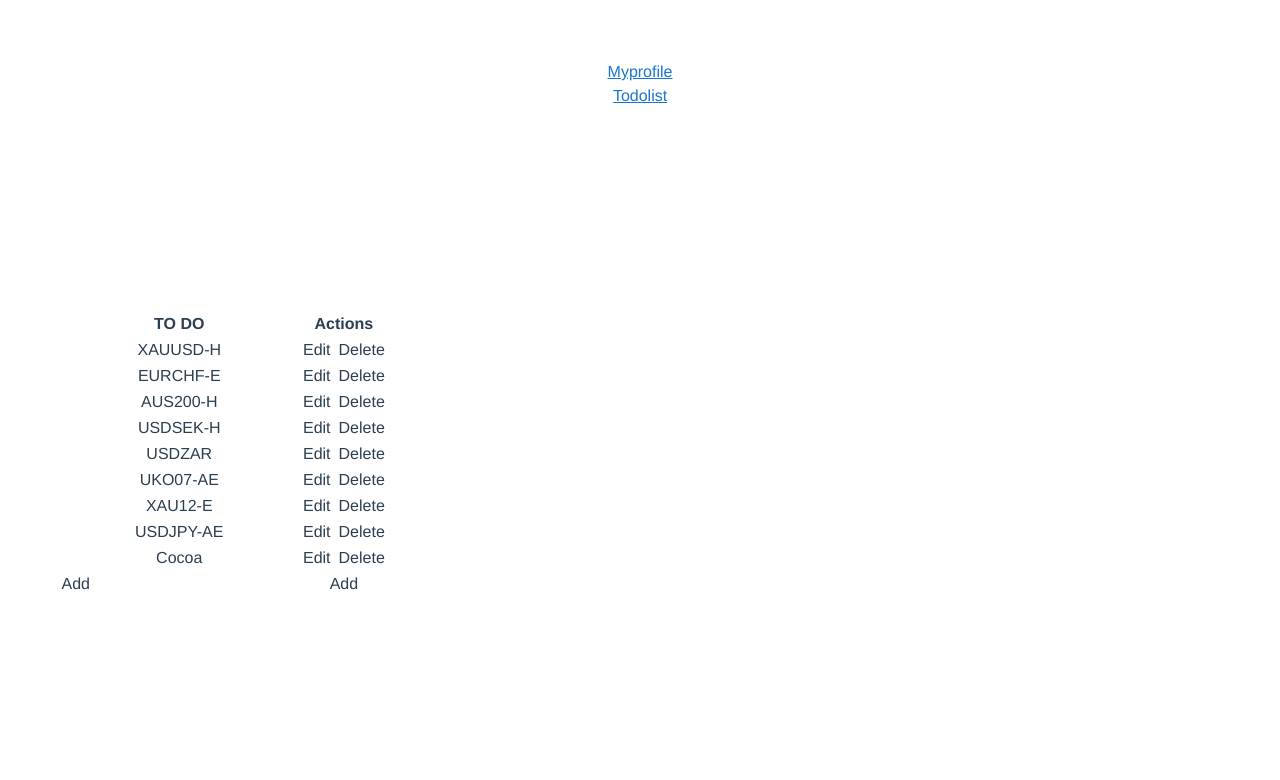
Repository: Shanshan67/todolist
Page: /#/todolist
These files come from the project's save history. The page is drawn as it stood at one moment and after the next save; the edit follows.
The browser window is 1280 px wide. The pictures show the whole page.
The project was rebuilt for these pictures with package versions that can differ from the ones it lists, and the page was loaded fresh each time. Requests to the local data server were answered from the project's data file. Also part of the build but not shown: src/pages/Dashboard.vue, src/components/Search.vue, src/components/List.vue, src/pages/Myprofile.vue.

Above is the page before, as saved 2022-07-20 18:54:00.

### index.html
<!DOCTYPE html>
<html>
  <head>
    <meta charset="utf-8">
    <meta name="viewport" content="width=device-width,initial-scale=1.0">
    <link href="https://fonts.googleapis.com/css?family=Roboto:100,300,400,500,700,900" rel="stylesheet">
    <link href="https://cdn.jsdelivr.net/npm/@mdi/font@6.x/css/materialdesignicons.min.css" rel="stylesheet">
    <title>baoge</title>
  </head>
  <body>
    <div id="app"></div>
    <!-- built files will be auto injected -->
  </body>
</html>

### src/main.js
// The Vue build version to load with the `import` command
// (runtime-only or standalone) has been set in webpack.base.conf with an alias.
import Vue from 'vue'
import App from './App'
import router from './router'
import store from './store'
import './plugins/vuetify'
import vuetify from '@/plugins/vuetify'

Vue.config.productionTip = false

/* eslint-disable no-new */
new Vue({
  el: '#app',
  router,
  store,
  vuetify,
  components: { App },
  template: '<App/>'
})

### src/App.vue
<template>
  <v-app>
    <div>
      <HelloWorld/>
    </div>
    <v-content>
      <router-link to="/profile">Myprofile</router-link>
      <v-spacer></v-spacer>
      <router-link to="/todolist">Todolist</router-link>
    </v-content>
    <v-content>
      <router-view/>
    </v-content>
  </v-app>
</template>

<script>
import Dashboard from './pages/Dashboard.vue';
export default {
    name: "App",
    components: { Dashboard }
}
</script>

<style>
#app {
  font-family: 'Avenir', Helvetica, Arial, sans-serif;
  -webkit-font-smoothing: antialiased;
  -moz-osx-font-smoothing: grayscale;
  text-align: center;
  color: #2c3e50;
  margin-top: 60px;
}
</style>

### src/router/index.js
import Vue from 'vue'
import Router from 'vue-router'
import Dashboard from '@/pages/Dashboard'
import Myprofile from '../pages/Myprofile'
import Todolist from '../pages/Todolist'

Vue.use(Router)

export default new Router({
  routes: [
    {
      path: '/',
      name: 'Dashboard',
      component: Dashboard
    },
    {
			path:'/profile',
			component:Myprofile
		},
		{
			path:'/todolist',
			component:Todolist
		}
  ]
})

### src/store/index.js
import Vue from 'vue'
import Vuex from 'vuex'
import Axios from "axios"

Vue.use(Vuex)

const todoUrl = "http://localhost:3000/todos";

const actions = {
	searchName(context,value){
		Axios.get(`${todoUrl}/${value}`).then(response => {
            context.commit('searchName', response.data);
			console.log(response.data)
        });
	}
}


const mutations = {
	searchName(state,data){
		state.users = data
	}
}

const state = {
	users:[]
}

export default new Vuex.Store({
	state,
	actions,
	mutations
})

### src/plugins/vuetify.js
// src/plugins/vuetify.js

import Vue from 'vue'
import Vuetify from 'vuetify'
import 'vuetify/dist/vuetify.min.css'

Vue.use(Vuetify, {
    iconfont: 'md',
    theme:{
        primary: '#962ff',
        success: '#3cd1c2',
        info: '#ffaa2c',
        error: '#f83e70',
    }
})

const opts = {}

export default new Vuetify(opts)

### src/pages/Todolist.vue
<template>
	<div class="container">
		<div class="row">
			<div class="col-12">
				<table class="table table-bordered mt-5">
					<thead>
						<tr>
							<th>TO DO</th>
							<th>Actions</th>
						</tr>
					</thead>
					<tbody>
						<tr v-for="(item, i) in todoList" :key="i">
							<td class="align-middle w-75">
								{{item.name}}
							</td>
							<td class="align-middle text-center w-75">
								<button
									class="btn btn-info btn-sm mx-1"
									@click="handleEdit(item.id)"
								>
									Edit
								</button>
								<button
									class="btn btn-danger btn-sm mx-1"
									@click="handleDelete(item.id)"
								>
									Delete
								</button>
							</td>
						</tr>
					</tbody>
					<tfoot>
						<td class="align-middle text-center w-75">
							<div class="form-group">
								<label for="">{{
									editMode ? "Edit" : "Add"
								}}</label>
								<input
									type="text"
									class="form-control"
									v-model="todoItem.name"
								/>
							</div>
						</td>
						<td class="align-middle text-center w-25">
							<button
								class="btn btn-primary btn-sm mx-1"
								@click="handleToDoItem"
							>
								{{ editMode ? "Edit" : "Add" }}
							</button>
							<button
								v-if="editMode"
								class="btn btn-danger btn-sm mx-1"
								@click="handleCancel"
							>
								Cancel
							</button>
						</td>
					</tfoot>
				</table>
			</div>
		</div>
	</div>
</template>

<script>
	import Axios from "axios";
	const todoUrl = "http://localhost:3000/todos";
	export default {
		name:'Todolist',
		data() {
			return {
				todoList:[],
				todoItem:{},
				editMode:false
			}
		},
		methods: {
			handleEdit(id){
				this.editMode=true;
				this.todoItem=this.todoList.find((item) => item.id == id);
			},
			handleCancel() {
				this.editMode=false;
				this.todoItem="";
			},
			async handleToDoItem(){
				const id=this.todoItem.id;
				if(this.editMode){
					await Axios.put(`${todoUrl}/${id}`, this.todoItem);
					this.editMode=false;
					this.todoItem.name="";
				}else{
					await Axios.post(todoUrl, this.todoItem);
					this.todoItem.name = "";
				}
				Axios.get(todoUrl).then((response) => (this.todoList = response.data));
			},
			async handleDelete(id) {
				await Axios.delete(`${todoUrl}/${id}`);
				Axios.get(todoUrl).then((response) => (this.todoList = response.data));
			}
		},
		created() {
			Axios.get(todoUrl).then((response) => (this.todoList = response.data));
		}
	}
</script>

### db.json
{
  "todos": [
    {
      "id": 2,
      "server_id": 3,
      "name": "XAUUSD-H",
      "description": "Gold vs USD",
      "currency": "USD",
      "type": 4,
      "digits": 2,
      "trade": 0,
      "swap_long": -1.83625,
      "swap_short": 1.82325,
      "contract_size": 100
    },
    {
      "id": 3,
      "server_id": 3,
      "name": "EURCHF-E",
      "description": "Euro vs Swiss Franc",
      "currency": "EUR",
      "type": 6,
      "digits": 5,
      "trade": 0,
      "swap_long": 0.027,
      "swap_short": -0.825,
      "contract_size": 100000
    },
    {
      "id": 4,
      "server_id": 3,
      "name": "AUS200-H",
      "description": "S&P/ASX200",
      "currency": "AUD",
      "type": 4,
      "digits": 2,
      "trade": 0,
      "swap_long": 0.68,
      "swap_short": -1.06,
      "contract_size": 1
    },
    {
      "id": 5,
      "server_id": 3,
      "name": "USDSEK-H",
      "description": "US Dollar vs Swedish Krona",
      "currency": "USD",
      "type": 4,
      "digits": 5,
      "trade": 0,
      "swap_long": 0.256,
      "swap_short": -1.44,
      "contract_size": 100000
    },
    {
      "id": 6,
      "server_id": 3,
      "name": "USDZAR",
      "description": "US Dollar vs South African Rand",
      "currency": "USD",
      "type": 0,
      "digits": 5,
      "trade": 2,
      "swap_long": -23.004,
      "swap_short": 5.88,
      "contract_size": 100000
    },
    {
      "id": 8,
      "server_id": 3,
      "name": "UKO07-AE",
      "description": "Brent Crude Oil Cash Future 0124-0530",
      "currency": "USD",
      "type": 29,
      "digits": 3,
      "trade": 0,
      "swap_long": -8.604,
      "swap_short": 4.626,
      "contract_size": 1000
    },
    {
      "id": 9,
      "server_id": 3,
      "name": "XAU12-E",
      "description": "Gold Future",
      "currency": "USD",
      "type": 4,
      "digits": 2,
      "trade": 0,
      "swap_long": -11.088,
      "swap_short": 0.792,
      "contract_size": 100
    },
    {
      "id": 10,
      "server_id": 3,
      "name": "USDJPY-AE",
      "description": "US Dollar vs Japanese Yen",
      "currency": "USD",
      "type": 27,
      "digits": 3,
      "trade": 0,
      "swap_long": 1.35,
      "swap_short": -4.191,
      "contract_size": 100000
    },
    {
      "id": 11,
      "server_id": 3,
      "name": "Cocoa",
      "description": "US Cocoa",
      "currency": "USD",
      "type": 20,
      "digits": 1,
      "trade": 0,
      "swap_long": -12.3289,
      "swap_short": 7.3873,
      "contract_size": 10
    }
  ]
}

After the next save:
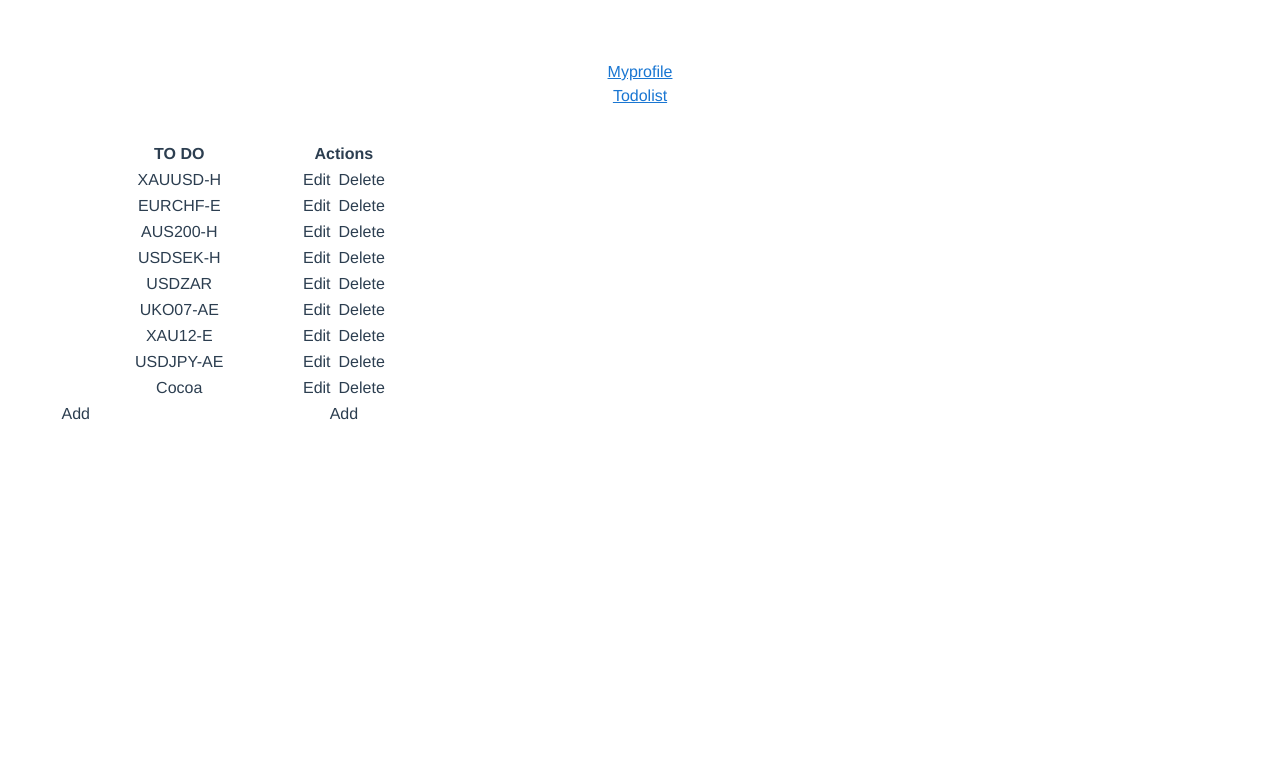
Saved 37 s later.
--- a/src/App.vue
+++ b/src/App.vue
@@ -3,11 +3,11 @@
     <div>
       <HelloWorld/>
     </div>
-    <v-content>
+    <div>
       <router-link to="/profile">Myprofile</router-link>
       <v-spacer></v-spacer>
       <router-link to="/todolist">Todolist</router-link>
-    </v-content>
+    </div>
     <v-content>
       <router-view/>
     </v-content>
